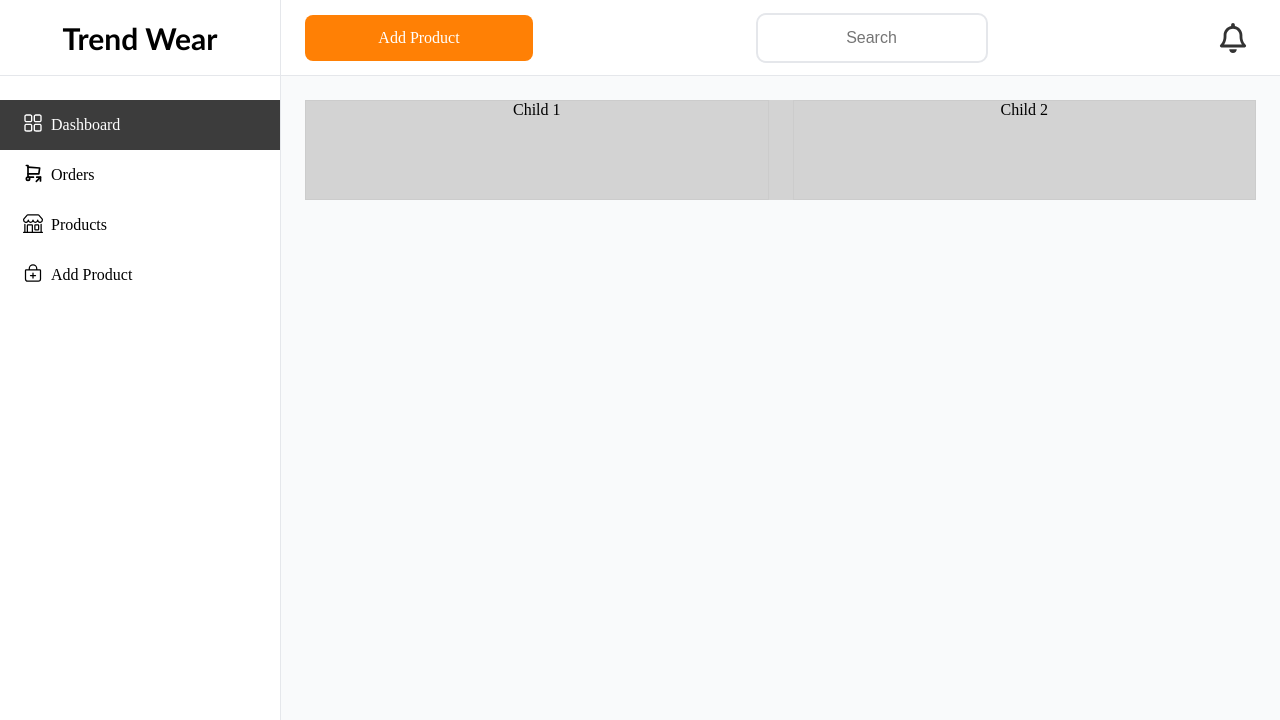
Repository: ahmad-dev7/TrendWear
Page: / (app in trend_wear_dashboard/)
These files come from the project's save history. The page is drawn as it stood at one moment and after the next save; the edit follows.
The browser window is 1280 px wide. The pictures show the whole page.
The project was rebuilt for these pictures with package versions that can differ from the ones it lists, and the page was loaded fresh each time. Also part of the build but not shown: trend_wear_dashboard/vite.config.ts.

Above is the page before, as saved 2025-01-19 23:50:27.

After the next save:
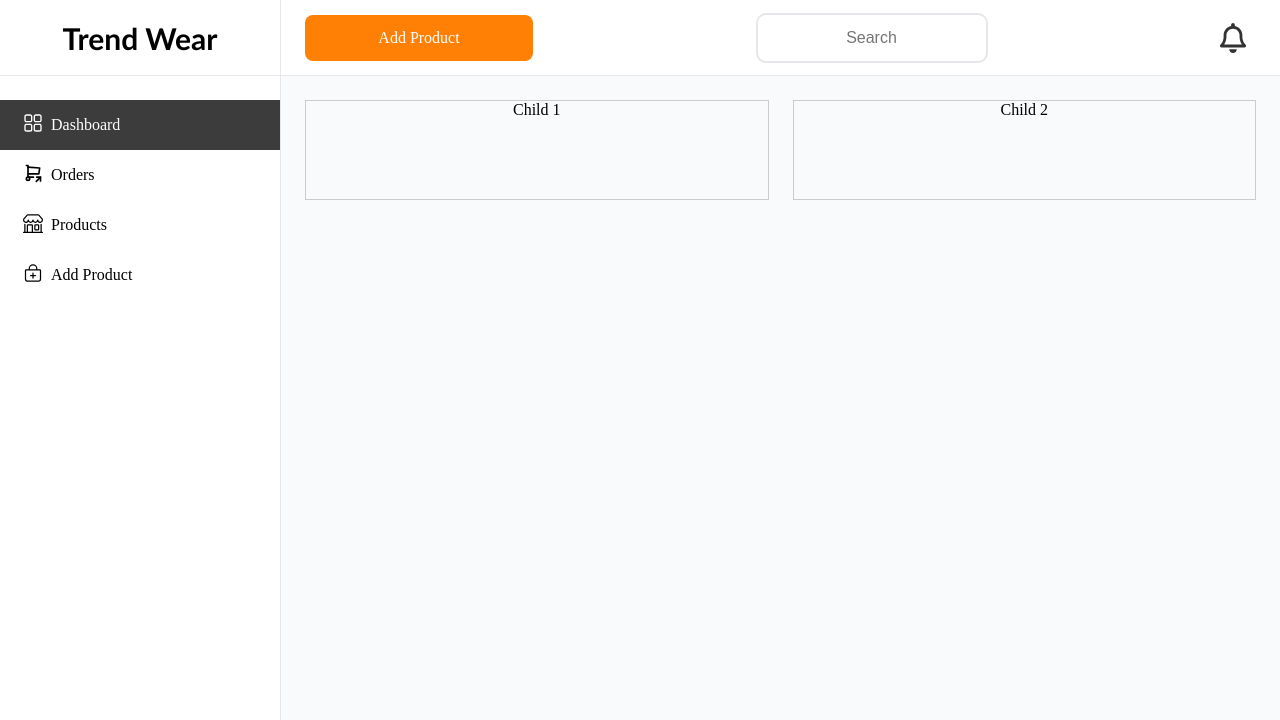
Saved 24 s later.
--- a/trend_wear_dashboard/src/Components/Body/Body.css
+++ b/trend_wear_dashboard/src/Components/Body/Body.css
@@ -4,6 +4,5 @@
     margin: 24px;
     /* height: 100vh;
     width: 100%; */
-    background-color: lightgray;
     box-sizing: border-box;
 }
